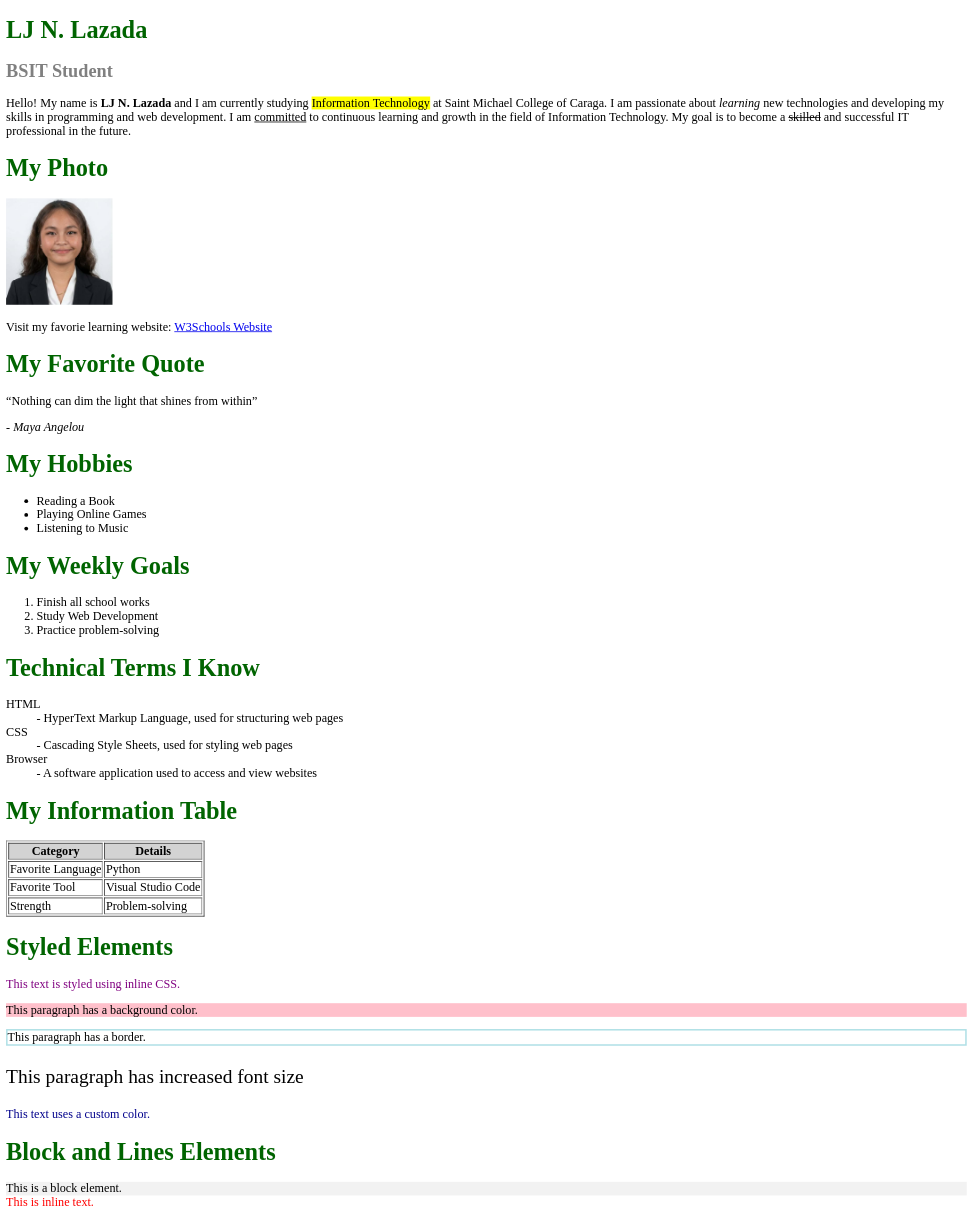
Repository: ljlazada11/myfirsthtml
Page: index.html
The author's editor kept a copy of each file at every save. The page is drawn from the files as they stood at one save, then again after the next save.
The browser window is 1280 px wide. The pictures show the whole page, at 76% of full size.

Above is the page before, as saved 2026-06-24 21:16:39.

### index.html
<!DOCTYPE html>
<html lang="en">
<head>
    <meta charset="UTF-8">
    <meta name="viewport" content="width=device-width, initial-scale=1.0">
    <title>My Personal Web Profile</title>
    <link rel="icon" type="image/x-icon" href="images.png">

</head>
<body>
    <h1 style="color:darkgreen;">LJ N. Lazada</h1>
    <h2 style="color:gray;">BSIT Student</h2>
    <p>Hello! My name is <strong>LJ N. Lazada</strong> and I am currently studying <mark>Information Technology</mark> at Saint Michael College of Caraga. I am passionate about <i>learning</i> new technologies and developing my skills in programming and web development. I am <ins>committed</ins> to continuous learning and growth in the field of Information Technology. My goal is to become a <del>skilled</del> and successful IT professional in the future.</p>
</body>
    <h1 style="color:darkgreen;">My Photo</h1>
    <img src="pic.jpg" alt="My	Profile	Picture" width="140" height="140">
    <p> Visit my favorie learning website: <a href="https://www.w3schools.com/html/default.asp" target="_blank">W3Schools	Website</a></p>

<body>
    <h1 style="color:darkgreen;">My Favorite Quote</h1>
    <p><q>Nothing can dim the light that shines from within</q></p>
    <p><cite>- Maya Angelou</cite></p>
</body>
    <h1 style="color:darkgreen">My Hobbies</h1>
    <ul>
        <li>Reading a Book</li>
        <li>Playing Online Games</li>
        <li>Listening to Music</li>
    </ul>
</body>
    <h1 style="color:darkgreen">My Weekly Goals</h1>
    <ol>
        <li>Finish all school works</li>
        <li>Study Web Development</li>
        <li>Practice problem-solving</li>
    </ol>
<body>
    <h1 style="color:darkgreen">Technical Terms I Know</h1>
    <dl>
        <dt>HTML</dt>
        <dd>- HyperText Markup Language, used for structuring web pages</dd>
        <dt>CSS</dt>
        <dd>- Cascading Style Sheets, used for styling web pages</dd>
        <dt>Browser</dt>
        <dd>- A software application used to access and view websites</dd>
    </dl>
</body>
    <h1 style="color:darkgreen">My Information Table</h1>
<table border="1">
    <tr>
        <th style="background-color:lightgray;">Category</th>
        <th style="background-color:lightgray;">Details</th>
    </tr>
    <tr>
        <td>Favorite Language</td>
        <td>Python</td>
    </tr>
    <tr>
        <td>Favorite Tool</td>
        <td>Visual Studio Code</td>
    </tr>
    <tr>
        <td>Strength</td>
        <td>Problem-solving</td>
    </tr>
</table>
<body>
    <h1 style="color:darkgreen">Styled Elements</h1>
    <p style="color:purple;">This text is styled using inline CSS.</p>
    <p style="background-color:pink;">This paragraph has a background color.</p>
    <p style="border: 2px solid powderblue;">This paragraph has a border.</p>
    <p style="color: black; font-family: san serif; font-size: 160%;">This paragraph has increased font size</p>
    <p style="color: darkblue;">This text uses a custom color.</p>
</body>
    <h1 style="color:darkgreen;">Block and Lines Elements</h1>
    <div style="background:#f2f2f2;">This	is	a	block	element.</div>
    <span style="color:red;">This	is	inline	text.</span>




</html>

After the next save:
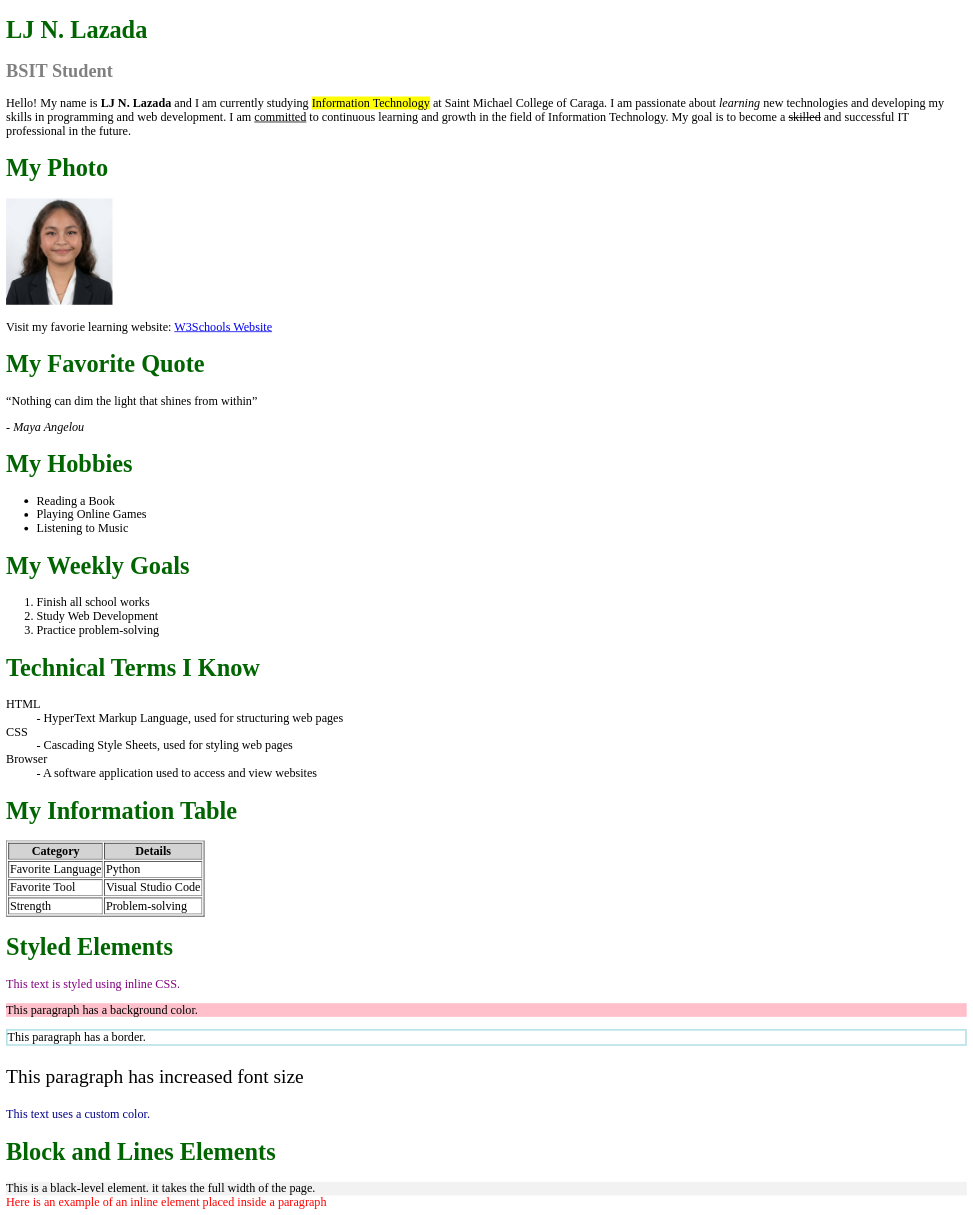
Saved 99 s later.
--- a/index.html
+++ b/index.html
@@ -73,10 +73,7 @@
     <p style="color: darkblue;">This text uses a custom color.</p>
 </body>
     <h1 style="color:darkgreen;">Block and Lines Elements</h1>
-    <div style="background:#f2f2f2;">This	is	a	block	element.</div>
-    <span style="color:red;">This	is	inline	text.</span>
-
-
-
+    <div style="background:#f2f2f2;">This is a black-level element. it takes the full width of the page.</div>
+    <span style="color:red;">Here is an example of an inline element placed inside a paragraph</span>
 
 </html>
